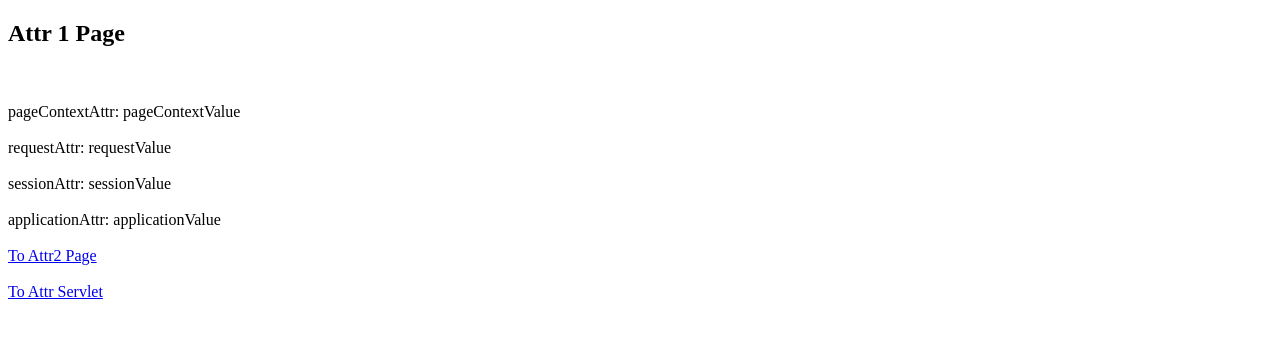
Repository: smilebingbing/java
Page: http://localhost/day_27/attr_1.jsp
These files come from the project's save history. The page is drawn as it stood at one moment and after the next save; the edit follows.
The browser window is 1280 px wide. The pictures show the whole page.
The page is served by Tomcat 9. Other server files are loaded and not shown.

Above is the page before, as saved 2016-12-29 02:16:06.

### day_27/WebContent/attr_1.jsp
<%@ page language="java" contentType="text/html; charset=UTF-8"
    pageEncoding="UTF-8"%>
<!DOCTYPE html PUBLIC "-//W3C//DTD HTML 4.01 Transitional//EN" "http://www.w3.org/TR/html4/loose.dtd">
<html>
<head>
<meta http-equiv="Content-Type" content="text/html; charset=UTF-8">
<title>Insert title here</title>
</head>
<body>

	<%
		pageContext.setAttribute("pageContextAttr","pageContextValue");
		request.setAttribute("requestAttr", "requestValue");
		session.setAttribute("sessionAttr","sessionValue");
		application.setAttribute("applicationAttr","applicationValue");

	%>
	<h2>Attr 1 Page</h2>

	<br><br>
	pageContextAttr: <%=pageContext.getAttribute("pageContextAttr") %>
	<br><br>
	requestAttr: <%=request.getAttribute("requestAttr") %>

	<br><br>
	sessionAttr: <%=session.getAttribute("sessionAttr") %>

	<br><br>
	applicationAttr: <%=application.getAttribute("applicationAttr") %>

	<br><br>
	<a href="attr_2.jsp">To Attr2 Page</a>

	<br><br>
	<a href="TestAttr">To Attr Servlet</a>

	<%
		request.getRequestDispatcher("/attr_2.jsp");


	%>
</body>
</html>

### day_27/WebContent/attr_2.jsp
<%@ page language="java" contentType="text/html; charset=UTF-8"
    pageEncoding="UTF-8"%>
<!DOCTYPE html PUBLIC "-//W3C//DTD HTML 4.01 Transitional//EN" "http://www.w3.org/TR/html4/loose.dtd">
<html>
<head>
<meta http-equiv="Content-Type" content="text/html; charset=UTF-8">
<title>Insert title here</title>
</head>
<body>


	<h2>Attr 1 Page</h2>

	<br><br>
	pageContextAttr: <%=pageContext.getAttribute("pageContextAttr") %>
	<br><br>
	requestAttr: <%=request.getAttribute("requestAttr") %>

	<br><br>
	sessionAttr: <%=session.getAttribute("sessionAttr") %>

	<br><br>
	applicationAttr: <%=application.getAttribute("applicationAttr") %>

</body>
</html>

After the next save:
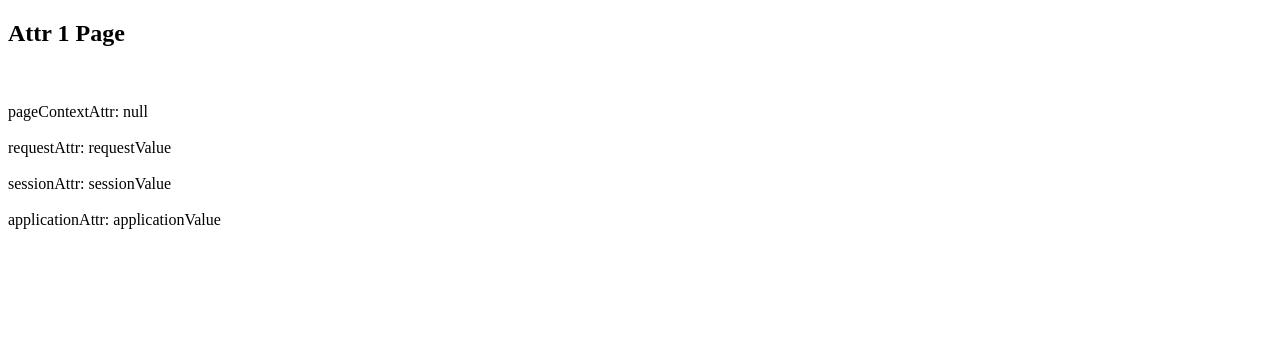
Saved 26 s later.
--- a/day_27/WebContent/attr_1.jsp
+++ b/day_27/WebContent/attr_1.jsp
@@ -35,7 +35,7 @@
 	<a href="TestAttr">To Attr Servlet</a>
 
 	<%
-		request.getRequestDispatcher("/attr_2.jsp");
+		request.getRequestDispatcher("/attr_2.jsp").forward(request, response);
 
 
 	%>
